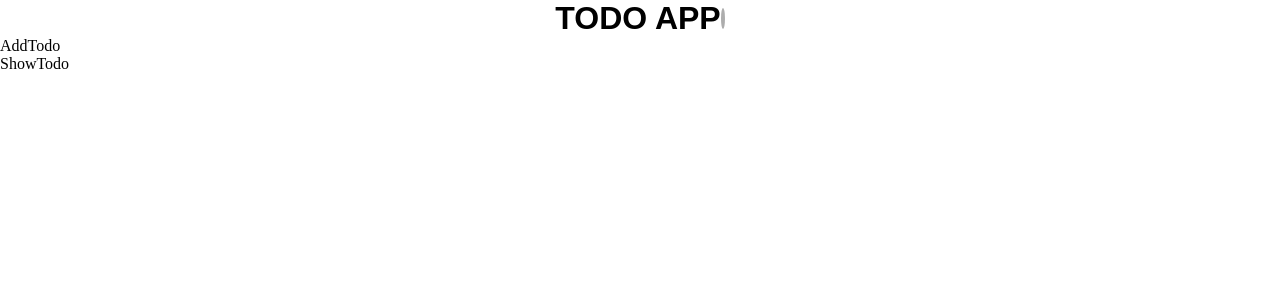
Repository: michalmilek/TodoApp
Page: /
The author's editor kept a copy of each file at every save. The page is drawn from the files as they stood at one save, then again after the next save.
The browser window is 1280 px wide. The pictures show the whole page.
Some web fonts or font styles are not loaded; a fallback is used. The project was rebuilt for these pictures with package versions that can differ from the ones it lists, and the page was loaded fresh each time. Also part of the build but not shown: vite.config.js.

Above is the page before, as saved 2023-02-01 13:17:01.

After the next save:
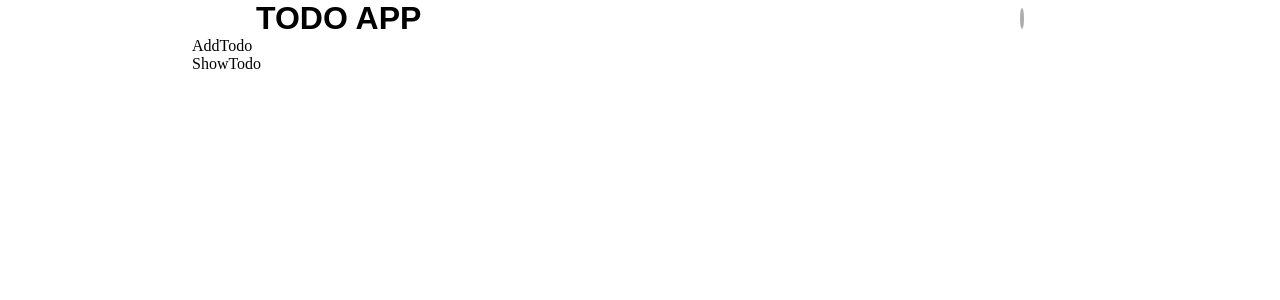
Saved 21 s later.
--- a/src/App.css
+++ b/src/App.css
@@ -1,8 +1,9 @@
 header{
   display: flex;
-  justify-content: center;
+  justify-content: space-between;
   align-items: center;
-  width: 100vw;
+  width: 70vw;
+  padding: 0 4rem;
 }
 
   .logo{
